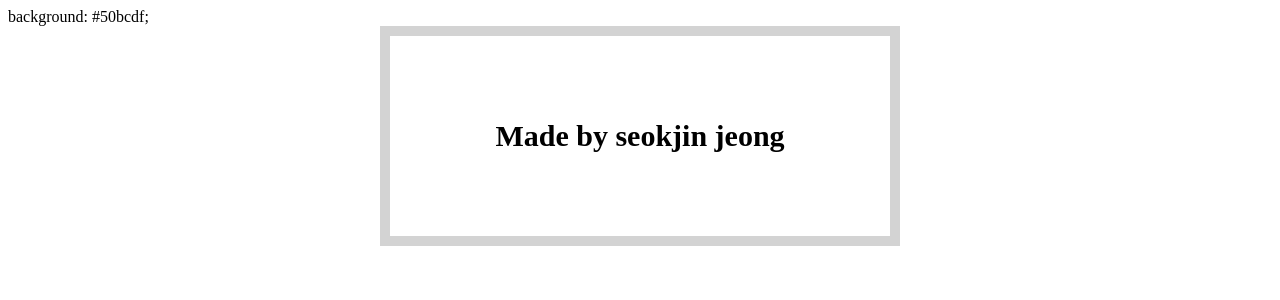
Repository: jsj961/bulletin-board-system
Page: http://localhost/BBS/madeby.jsp
An editor plug-in stored every save of this project. The page is shown before and after the next save, followed by the edit.
The browser window is 1280 px wide. The pictures show the whole page.
Some web fonts or font styles are not loaded; a fallback is used. The page is served by Tomcat 9. Other server files are loaded and not shown.

Above is the page before, as saved 2021-07-03 07:50:59.

### BBS/src/main/webapp/madeby.jsp
<%@ page language="java" contentType="text/html; charset=UTF-8"
    pageEncoding="UTF-8"%>
<!DOCTYPE html>
<html>
<head>
<meta charset="UTF-8">
<link rel="stylesheet" href="css/custom.css">
</head>
<body>
	background: #50bcdf;
	<div class="box" style="width: 500px;
	height: 200px; border: 10px solid lightgray;
	font-size: 30px; margin: auto;
	text-align: center; line-height: 200px;
	font-weight: bold;">Made by seokjin jeong
	</div>
</body>
</html>

Loaded but not shown: BBS/src/main/webapp/css/custom.css (common file)

After the next save:
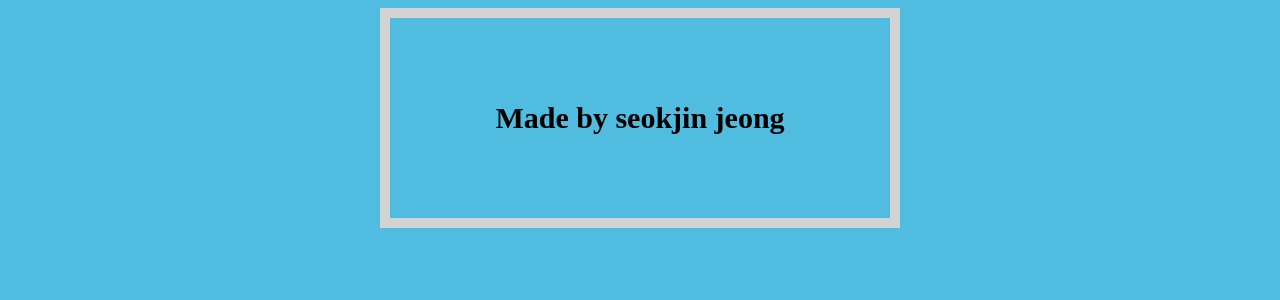
Saved 82 s later.
--- a/BBS/src/main/webapp/madeby.jsp
+++ b/BBS/src/main/webapp/madeby.jsp
@@ -6,8 +6,7 @@
 <meta charset="UTF-8">
 <link rel="stylesheet" href="css/custom.css">
 </head>
-<body>
-	background: #50bcdf;
+<body bgcolor="#50bcdf">
 	<div class="box" style="width: 500px;
 	height: 200px; border: 10px solid lightgray;
 	font-size: 30px; margin: auto;

After the 4 saves that followed:
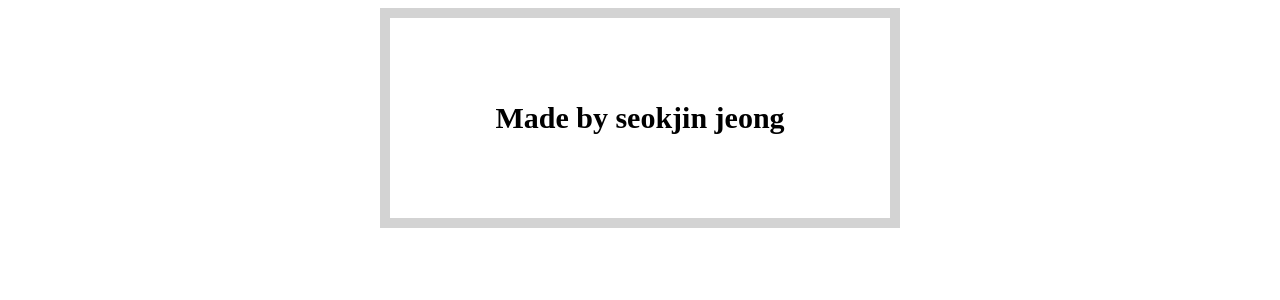
The 4 saves are shown as one change because 3 left the picture as it was.
The last was saved 9 min 8 s later.
--- a/BBS/src/main/webapp/madeby.jsp
+++ b/BBS/src/main/webapp/madeby.jsp
@@ -6,12 +6,13 @@
 <meta charset="UTF-8">
 <link rel="stylesheet" href="css/custom.css">
 </head>
-<body bgcolor="#50bcdf">
+<body>
 	<div class="box" style="width: 500px;
 	height: 200px; border: 10px solid lightgray;
 	font-size: 30px; margin: auto;
 	text-align: center; line-height: 200px;
-	font-weight: bold;">Made by seokjin jeong
+	font-weight: bold;
+	">Made by seokjin jeong
 	</div>
 </body>
 </html>
